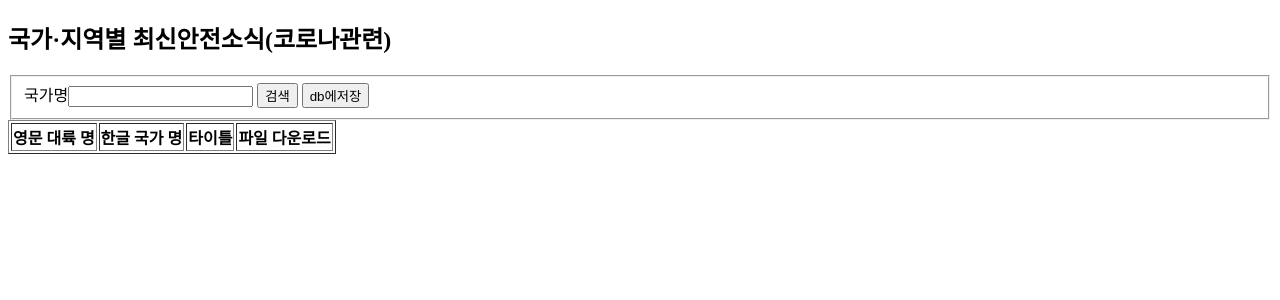
Repository: Sewoong-Lee/jsp
Page: http://localhost/jsp05_api/view/02_xml_json.jsp
The author's editor kept a copy of each file at every save. The page is drawn from the files as they stood at one save, then again after the next save.
The browser window is 1280 px wide. The pictures show the whole page.
The page is served by Tomcat 9.

Above is the page before, as saved 2021-06-28 03:19:07.

After the next save:
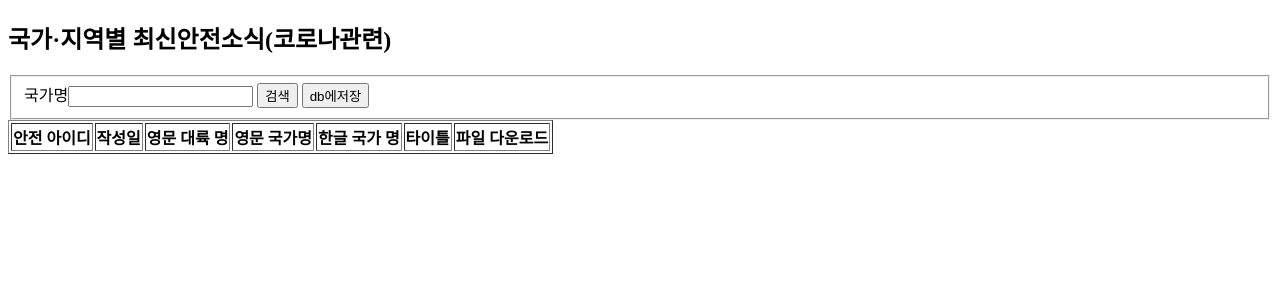
Saved 3 min 51 s later.
--- a/source/jsp05_api/WebContent/view/02_xml_json.jsp
+++ b/source/jsp05_api/WebContent/view/02_xml_json.jsp
@@ -28,7 +28,10 @@
 	${clist}
 	<table border="1">
 			<tr>
+				<th>안전 아이디</th>
+				<th>작성일</th>
 				<th>영문 대륙 명</th>
+				<th>영문 국가명</th>
 				<th>한글 국가 명</th>
 				<th>타이틀</th>
 				<!-- <th>HTML원본 내용</th> -->
@@ -36,11 +39,14 @@
 			</tr>
 		<c:forEach var="clist" items="${clist}">
 			<tr>
-				<td>${clist.continent_eng_nm}</td>
-				<td>${clist.country_nm}</td>
-				<td>${clist.title}</td>
+				<td>${clist.SFTY_NOTICE_ID}</td>
+				<td>${clist.WRT_DT}</td>
+				<td>${clist.CONTINENT_ENG_NM}</td>
+				<td>${clist.COUNTRY_ENG_NM}</td>
+				<td>${clist.COUNTRY_NM}</td>
+				<td>${clist.TITLE}</td>
 				<%-- <td>${clist.html_origin_cn}</td> --%>
-				<td><a href="${clist.file_download_url}">${clist.file_path}</a></td>
+				<%-- <td><a href="${clist.file_download_url}">${clist.file_path}</a></td> --%>
 			</tr>
 		</c:forEach>
 	</table>
